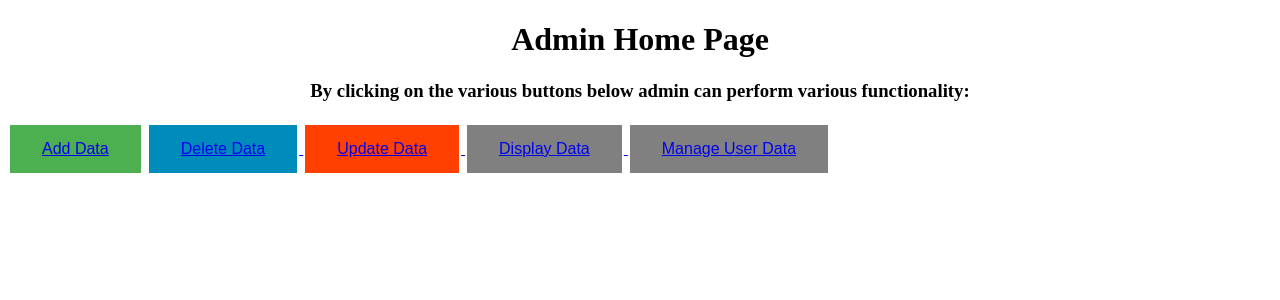
Repository: Shreya200012/FoodBox
Page: http://localhost/foodWeb/adminhome.jsp
An editor plug-in stored every save of this project. The page is shown before and after the next save, followed by the edit.
The browser window is 1280 px wide. The pictures show the whole page.
The page is served by Tomcat 9.

Above is the page before, as saved 2022-06-14 16:45:22.

After the next save:
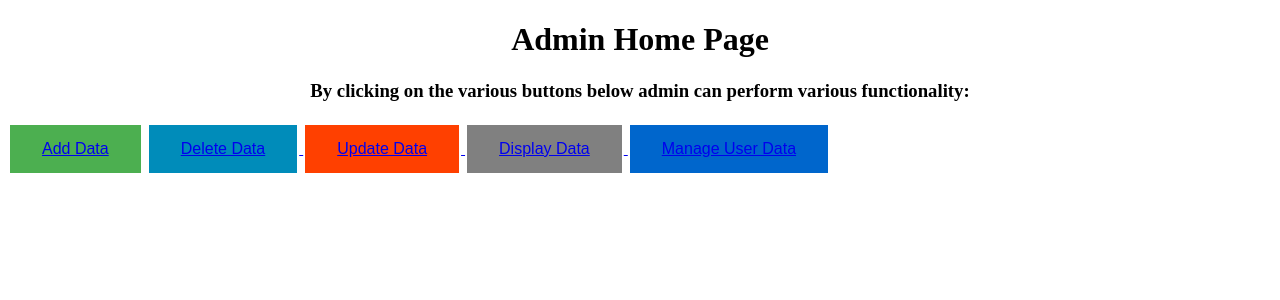
Saved 10 s later.
--- a/foodWeb/src/main/webapp/adminhome.jsp
+++ b/foodWeb/src/main/webapp/adminhome.jsp
@@ -35,7 +35,7 @@
 <button class="button button2 " ><a href="deleteData.jsp">Delete Data</button>
 <button class="button button3 " ><a href="updateData.jsp">Update Data</button>
 <button class="button button4 " ><a href="showData.jsp">Display Data</button>
-<button class="button button4 " ><a href="showData.jsp">Manage User Data</button>
+<button class="button button5 " ><a href="showData.jsp">Manage User Data</button>
 
 
 
